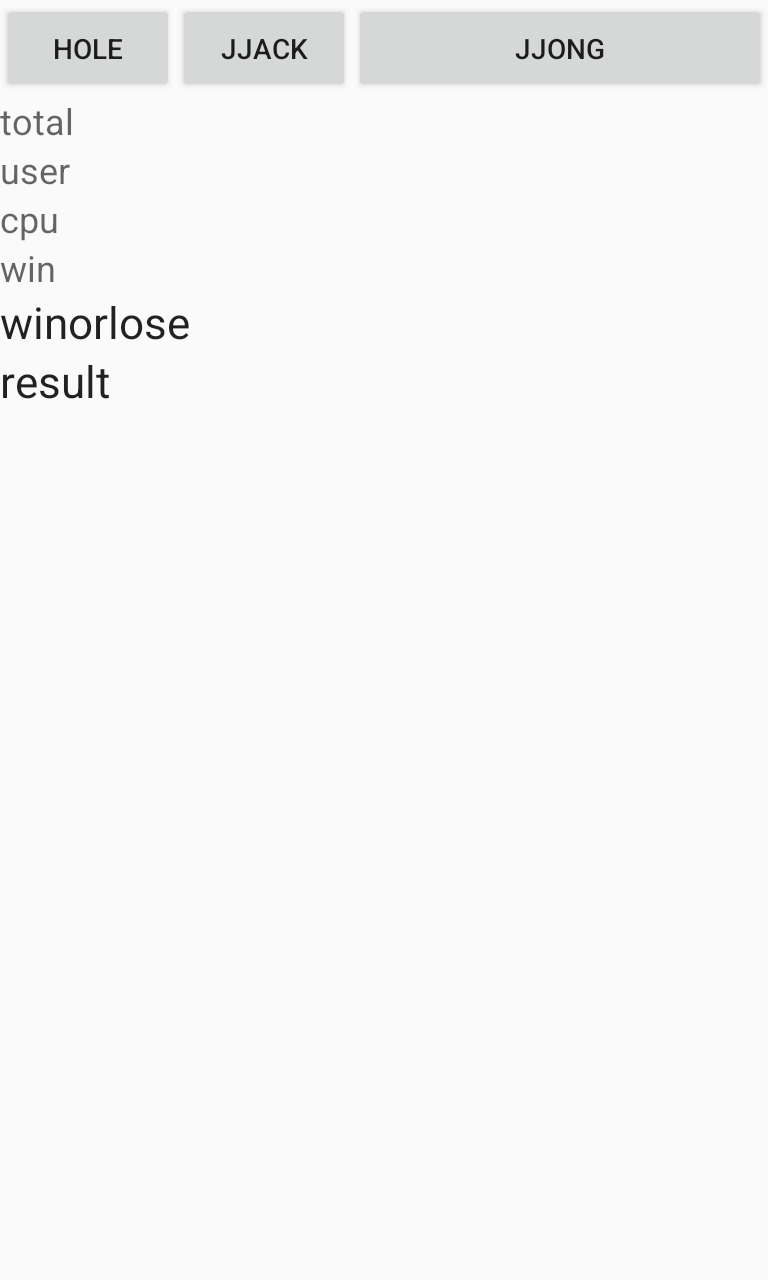
Repository: kol0372/woo
Layout: andworkspace/and1008/res/layout/exam2.xml
An editor plug-in stored every save of this project. The layout is shown before and after the next save, followed by the edit.
It is drawn on a 768 x 1280 px phone screen (xhdpi) without system bars, with theme AppTheme; the app's code is not run.

Above is the layout before, as saved 2014-10-08 07:02:12.

After the next save:
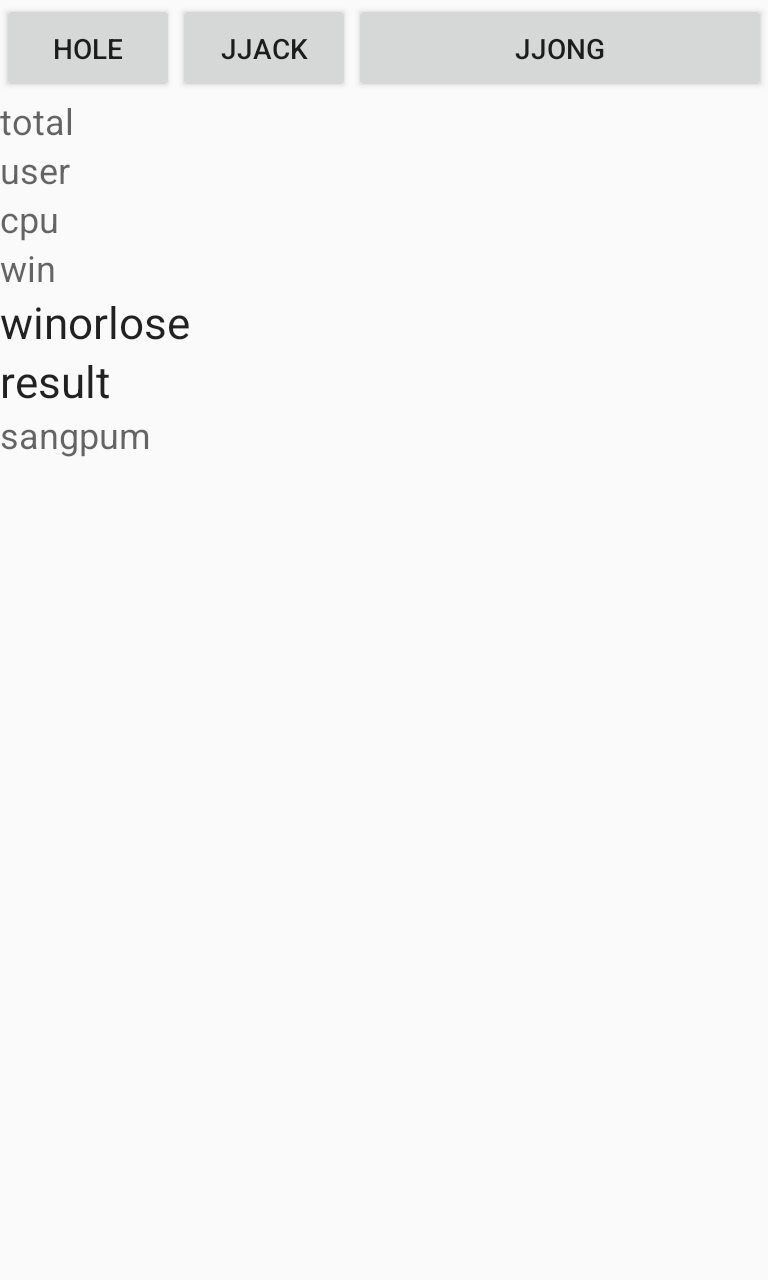
Saved 8 min 53 s later.
--- a/andworkspace/and1008/res/layout/exam2.xml
+++ b/andworkspace/and1008/res/layout/exam2.xml
@@ -34,8 +34,9 @@
     </LinearLayout>
 
     <LinearLayout
-        android:layout_width="320dp"
-        android:layout_height="match_parent"
+        android:layout_width="237dp"
+        android:layout_height="158dp"
+        android:layout_weight="1"
         android:orientation="vertical" >
 
         <LinearLayout
@@ -89,14 +90,21 @@
             android:layout_width="match_parent"
             android:layout_height="wrap_content"
             android:orientation="vertical" >
+
+            <TextView
+                android:id="@+id/rs"
+                android:layout_width="wrap_content"
+                android:layout_height="wrap_content"
+                android:text="result"
+                android:textAppearance="?android:attr/textAppearanceLarge" />
         </LinearLayout>
 
         <TextView
-            android:id="@+id/rs"
+            android:id="@+id/sp"
             android:layout_width="wrap_content"
             android:layout_height="wrap_content"
-            android:text="result"
-            android:textAppearance="?android:attr/textAppearanceLarge" />
+            android:text="sangpum"
+            android:textAppearance="?android:attr/textAppearanceMedium" />
 
     </LinearLayout>
 
